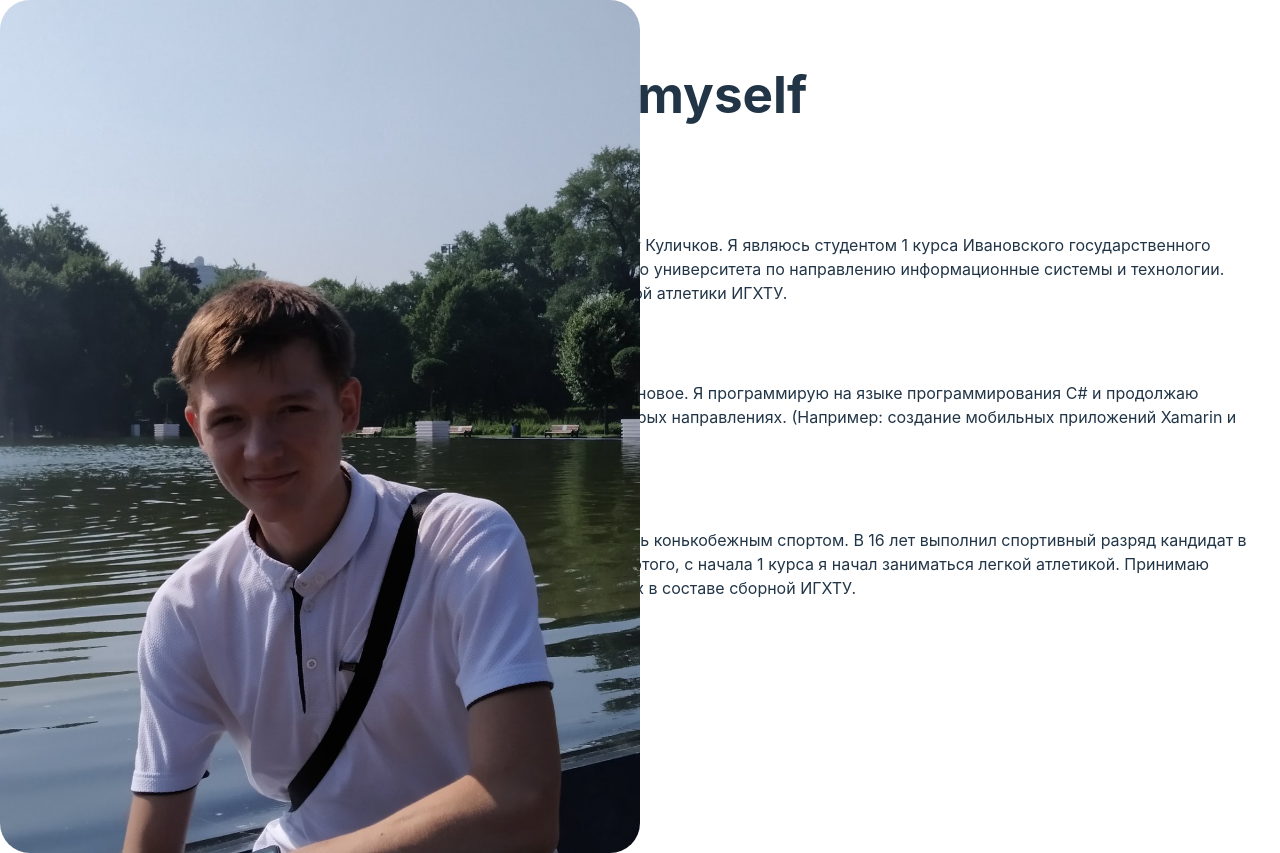
Repository: HubOl01/my_profile
Page: /
The author's editor kept a copy of each file at every save. The page is drawn from the files as they stood at one save, then again after a run of saves.
The browser window is 1280 px wide. The pictures show the whole page.
The project was rebuilt for these pictures with package versions that can differ from the ones it lists, and the page was loaded fresh each time. Also part of the build but not shown: vite.config.ts.

Above is the page before, as saved 2024-03-06 08:40:47.

### src/App.tsx
import { Grid } from '@mui/material'
import './App.css'
import Common from './components/center/Common'
import Footer from './components/footer/Footer'
import Header from './components/header/Header'
import LeftBar from './components/left/LeftBar'


function App() {

  return (
    <>
      <Header />
      <Grid container spacing={2}>
        <Grid item xs={4}>
          <LeftBar />
        </Grid>
        <Grid item xs>
          <Common />
        </Grid>
      </Grid>
      <Footer />
    </>
  )
}

export default App

### src/App.css
#root {
  max-width: 1280px;
  margin: 0 auto;
  padding: 2rem;
  /* text-align: center; */
}
.logo:hover {
  filter: drop-shadow(0 0 2em #646cffaa);
}
.logo.react:hover {
  filter: drop-shadow(0 0 2em #61dafbaa);
}

@keyframes logo-spin {
  from {
    transform: rotate(0deg);
  }
  to {
    transform: rotate(360deg);
  }
}

@media (prefers-reduced-motion: no-preference) {
  a:nth-of-type(2) .logo {
    animation: logo-spin infinite 20s linear;
  }
}

.card {
  padding: 2em;
}

.read-the-docs {
  color: #888;
}

### src/components/center/Common.tsx
import React from 'react'

export default function Common() {
  return (
    <div className="Text">
      <h2>Немного о себе</h2>
      <p>
        Привет! Меня зовут Олег Куличков. Я являюсь студентом 1 курса
        Ивановского государственного химико-технологического университета по
        направлению информационные системы и технологии. Также я спортсмен
        легкой атлетики ИГХТУ.
      </p>
      <h2>Хобби</h2>
      <p>
        Я люблю изучать что-то новое. Я программирую на языке программирования
        C# и продолжаю осваивать язык в некоторых направлениях. (Например:
        создание мобильных приложений Xamarin и создание игр Unity)
      </p>
      <h2>Спорт</h2>
      <p>
        Я более 10 лет занимаюсь конькобежным спортом. В 16 лет выполнил
        спортивный разряд кандидат в мастера спорта. Кроме этого, с начала 1
        курса я начал заниматься легкой атлетикой. Принимаю участие в
        соревнованиях в составе сборной ИГХТУ.
      </p>
    </div>
  )
}

### src/components/footer/Footer.tsx
import React from 'react'

export default function Footer() {
  return (
    <footer className="text-muted">
    <div className="container">
      <p className="float-right">
        <a href="#">Вернуться к началу</a>
      </p>
      <p className="footer-text">© ru-developer, 2022-{(new Date()).getFullYear()}. Все права защищены.</p>
    </div>
  </footer>
  )
}

### src/components/header/Header.tsx
import './Header.style.scss'

export default function Header() {
  return (
    <header>
      <div>
        <h1>About myself</h1>
      </div>
    </header>
  )
}

### src/components/left/LeftBar.tsx
import './LeftBar.style.scss'
import about from '../../assets/images/About.jpg'
import isuct from '../../assets/images/isuct.png'
import web from '../../assets/images/web.png'
import vk from '../../assets/images/vk.png'
import github from '../../assets/images/GitHub.png'

const LeftBar = () => {
  return (
    <>
      <div>
        <a title="Куличков Олег" href="https://vk.com/oleg01f">
          <img
            alt="about"
            src={about}
            // width={400}

            // backgroundSize: 'contain'
            style={{
              borderRadius: '30px',
              display: 'flex',
              position: "absolute",
              // position: "absolute",
              left: 0,
              top: 0,
              width: "50%", //auto
              // maxWidth:"100%"
              objectFit: "scale-down"
              // backgroundSize: 'contain',
              // backgroundRepeat: 'no-repeat'
            }}
            data-holder-rendered="true"
          />
        </a>
        <div>
          <p>
            <b>Куличков Олег Павлович</b>
          </p>
          <p>
            <span >День рождения:</span> 8 декабря 2002
          </p>
          <p>
            <span className="text-format">Город:</span> Иваново
          </p>
          <p>
            Студент ИГХТУ
            <img
              className="isuct"
              alt="ISUCT"
              src={isuct}
              width={20}
            // data-holder-rendered="true"
            />
          </p>
          <p>
            <span className="text-format">Факультет:</span> Факультет техники,
            управления и цифровой инфраструктуры
          </p>
          <p>
            <span className="text-format">Специальность:</span> Информационные
            системы и технологии
          </p>
          <p style={{
            "textAlign": "center"
          }}>
            <span className="text-format" >Социальные сети</span>
          </p>
          <div className="websites" style={{
            "textAlign": "center",
            "display": "inline-flex",
            "justifyContent": "center"
          }}>
            <div className="web1">
              <a
                href="mailto:kuloleg54@gmail.com?subject=Вопрос от подписчика"
                title="Email"
              >
                <img
                  className="img-icon"
                  alt="Email"
                  src={web}
                  width={40}
                />
              </a>
            </div>
            <div className="web2">
              <a href="https://vk.com/oleg01f" title="Vk">
                <img
                  className="img-icon"
                  alt="Vk"
                  src={vk}
                  width={20}
                />
              </a>
            </div>
            <div className="web3">
              <a href="https://github.com/HubOl01" title="GitHub">
                <img
                  className="img-icon"
                  alt="GitHub"
                  src={github}
                  width={20}
                />
              </a>
            </div>
          </div>
        </div>
      </div>
    </>
  )
}

export default LeftBar

### src/components/left/LeftBar.style.scss
.img-icon{
    width: 50px;
    height: 50px;
}
div{
    display: "flex";
}

Loaded but not shown: index.html (common file); src/main.tsx (common file); src/index.css (common file); src/components/header/Header.style.scss (common file)

After the next 2 saves:
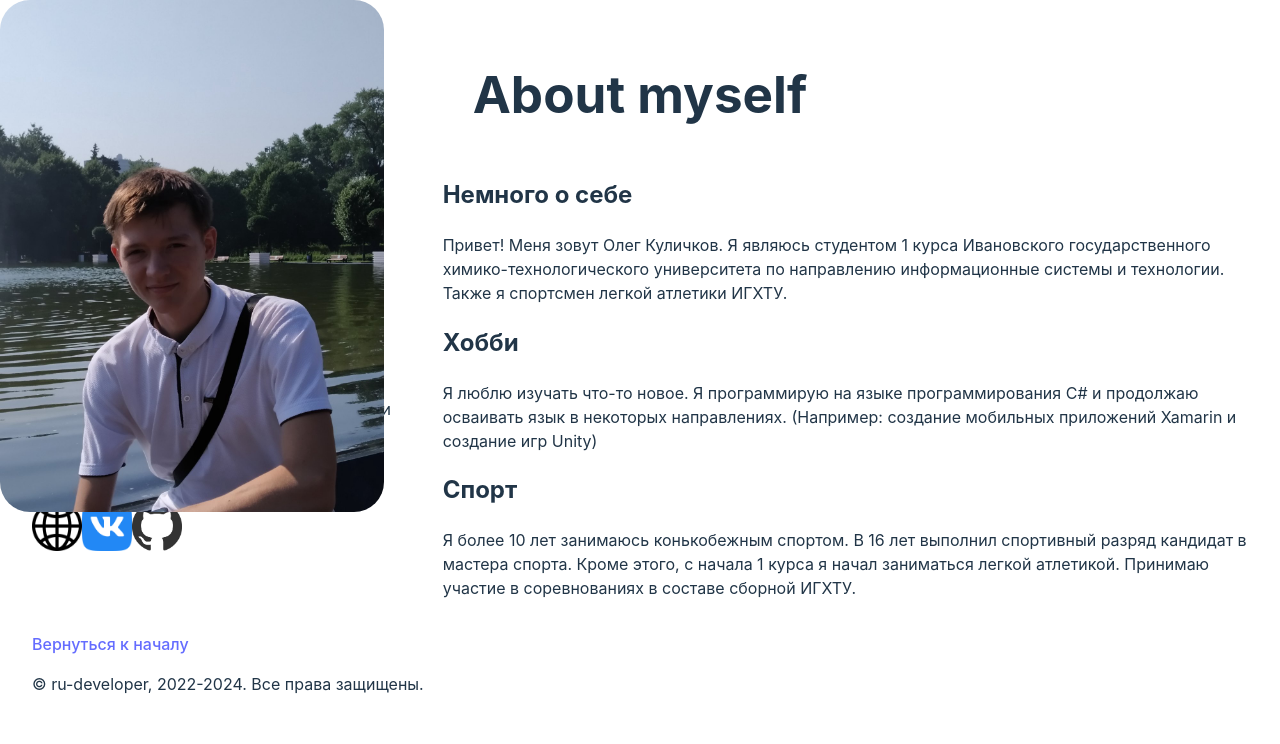
The 2 saves are shown as one change because they came seconds apart.
The last was saved 18 s later.
--- a/src/components/left/LeftBar.tsx
+++ b/src/components/left/LeftBar.tsx
@@ -23,7 +23,7 @@ const LeftBar = () => {
               // position: "absolute",
               left: 0,
               top: 0,
-              width: "50%", //auto
+              width: "30%", //auto
               // maxWidth:"100%"
               objectFit: "scale-down"
               // backgroundSize: 'contain',
